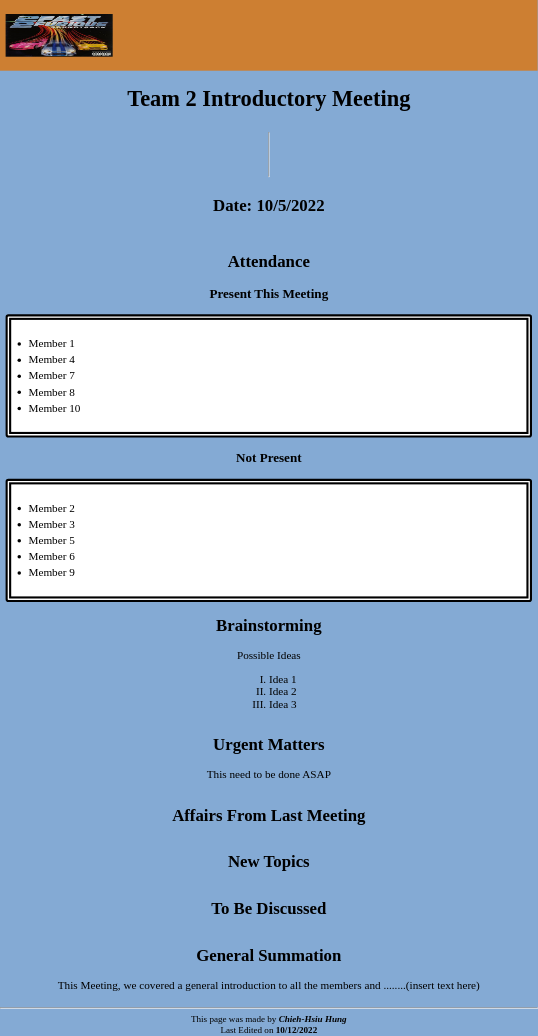
Repository: Chieh0501/fa22-cse110-lab3
Page: index.html
These files come from the project's save history. The page is drawn as it stood at one moment and after the next save; the edit follows.
The browser window is 768 px wide. The pictures show the part of the page from y = 0 to 2240 px (the page is 1480 px tall before and 4511 px after), at 70% of full size.

Above is the page before, as saved 2022-10-12 13:11:15.

After the next save:
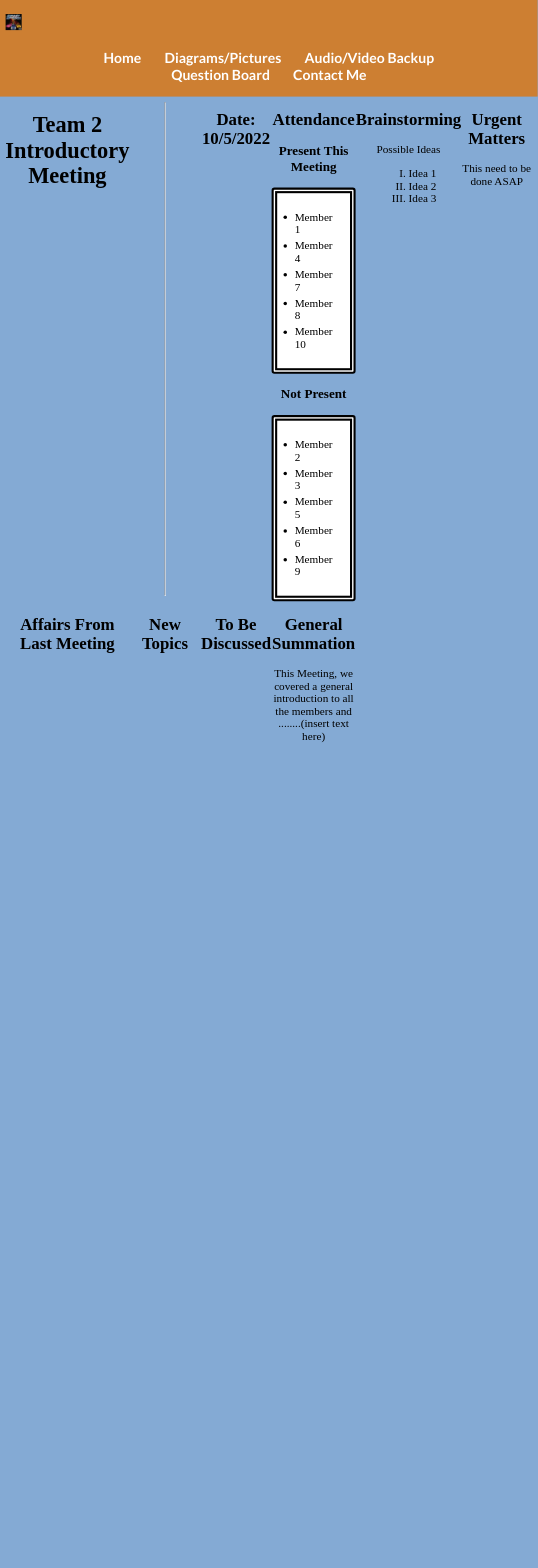
Saved 79 s later.
--- a/styles/main.css
+++ b/styles/main.css
@@ -431,7 +431,7 @@
   grid-row: 1;
   grid-column: 2 / span 3;
 }
-@media screen and (max-width: 800px){
+@media screen and (max-width: --vw-sm){
   #index_main{
     display:grid;
     margin-left: 1vw;
@@ -500,7 +500,7 @@
     height: 16vw;
   }
 }
-@media screen and (max-width: 1366px) {
+@media screen and (max-width: --vw-md) {
   main{
     display:grid;
     margin-left: 1vw;

After the 2 saves that followed:
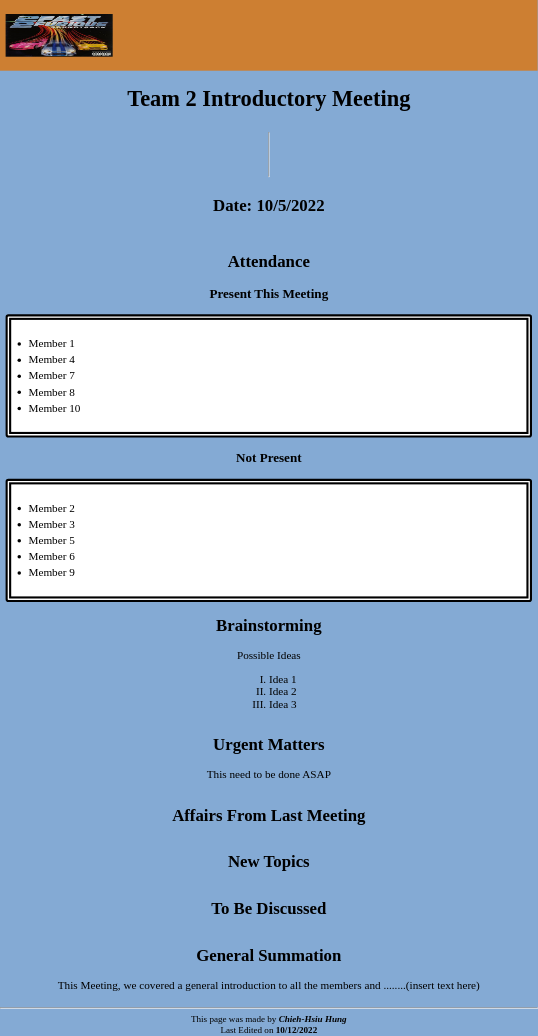
The 2 saves are shown as one change because 1 left the picture as it was.
The last was saved 77 s later.
--- a/styles/main.css
+++ b/styles/main.css
@@ -431,7 +431,7 @@
   grid-row: 1;
   grid-column: 2 / span 3;
 }
-@media screen and (max-width: --vw-sm){
+@media screen and (max-width: 800px){
   #index_main{
     display:grid;
     margin-left: 1vw;
@@ -500,7 +500,7 @@
     height: 16vw;
   }
 }
-@media screen and (max-width: --vw-md) {
+@media screen and (max-width: 1366px) {
   main{
     display:grid;
     margin-left: 1vw;
